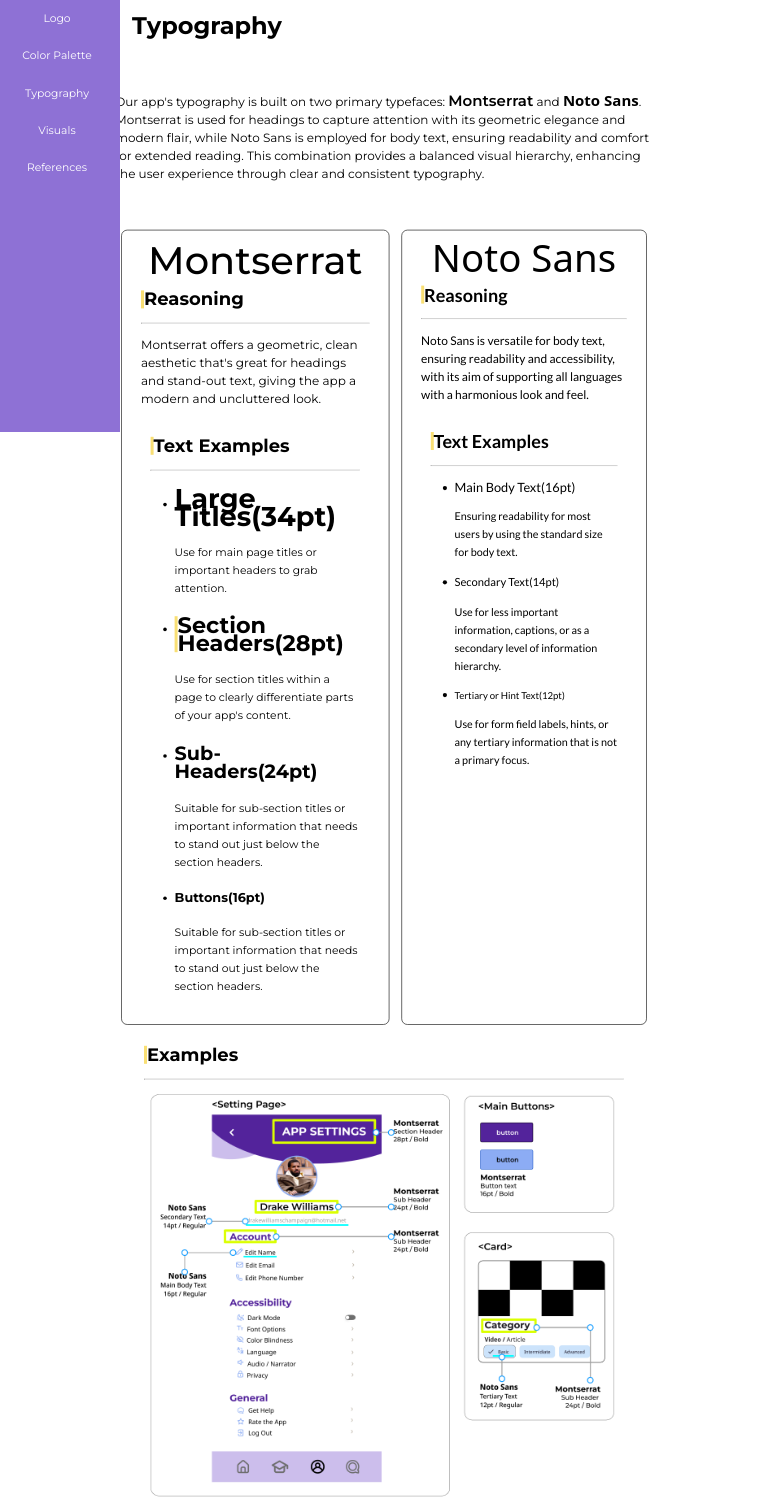
Repository: Irinalimm/PocketProfs-A5Styleguide
Page: pages/typography.html
The author's editor kept a copy of each file at every save. The page is drawn from the files as they stood at one save, then again after the next save.
The browser window is 1280 px wide. The pictures show the whole page, at 60% of full size.
Some web libraries are served in a nearby version.

Above is the page before, as saved 2024-04-10 22:39:41.

After the next save:
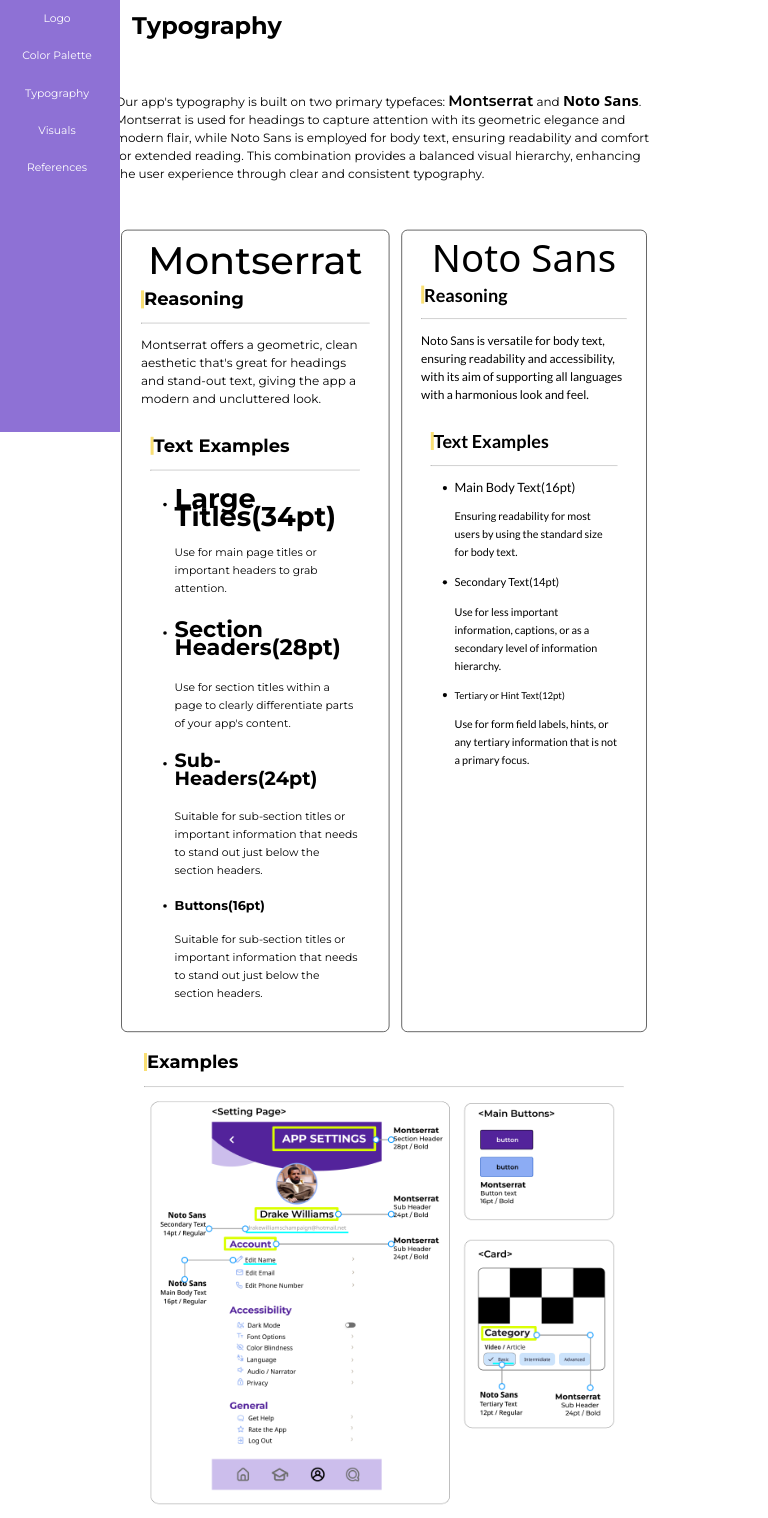
Saved 15 s later.
--- a/pages/typography.html
+++ b/pages/typography.html
@@ -56,7 +56,7 @@
               </p>
             </li>
               <li>
-                <h2 style="font-size: 28pt; font-weight: bold" >Section Headers(28pt)</h2>
+                <h3 style="font-size: 28pt; font-weight: bold" >Section Headers(28pt)</h3>
               <p style="font-size: 18px;font-weight:400">Use for section titles within a page to clearly differentiate parts of your app's content.</p>
             </li>
               <li><h3 style="font-size: 24pt; font-weight: bold">Sub-Headers(24pt)</h3>
